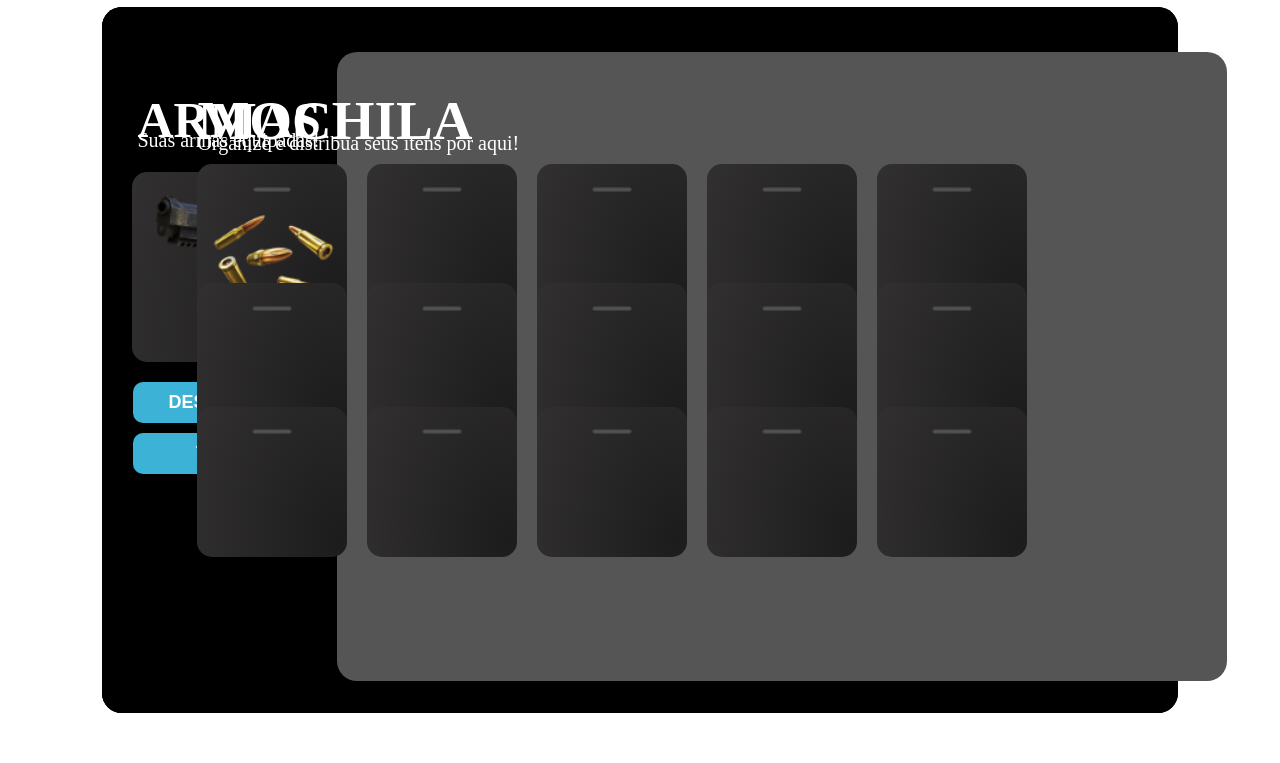
Repository: DuMCorrea/Mochila
Page: index.html
An editor plug-in stored every save of this project. The page is shown before and after a run of saves, followed by the edit.
The browser window is 1280 px wide. The pictures show the whole page.
Some web fonts or font styles are not loaded; a fallback is used.

Above is the page before, as saved 2024-09-02 23:13:44.

After the next 2 saves:
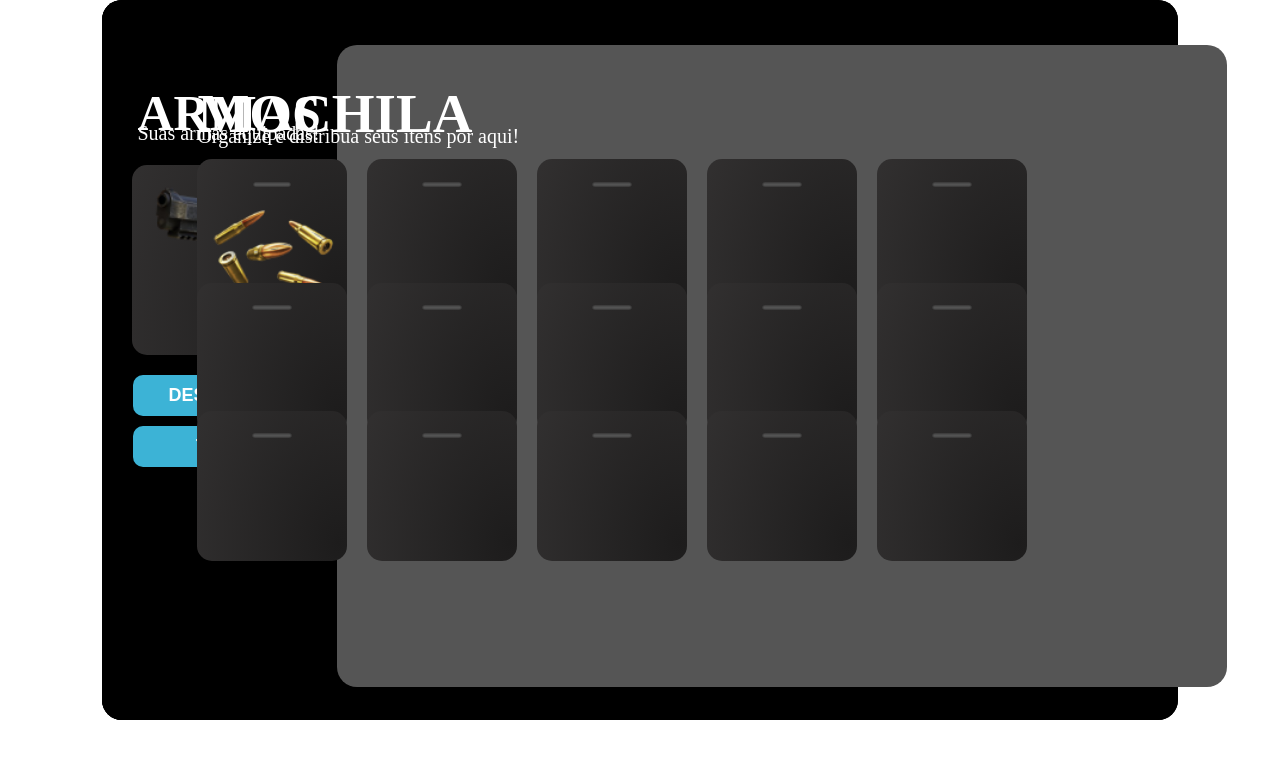
The 2 saves are shown as one change because they came seconds apart.
The last was saved 18 s later.
--- a/styles.css
+++ b/styles.css
@@ -12,7 +12,7 @@ body, html {
 
 .container {
     width: 84%; /* Largura da div principal */
-    height: 98%; /* Altura da div principal */
+    height: 100%; /* Altura da div principal */
     display: flex;
     justify-content: center;
     align-items: center;
